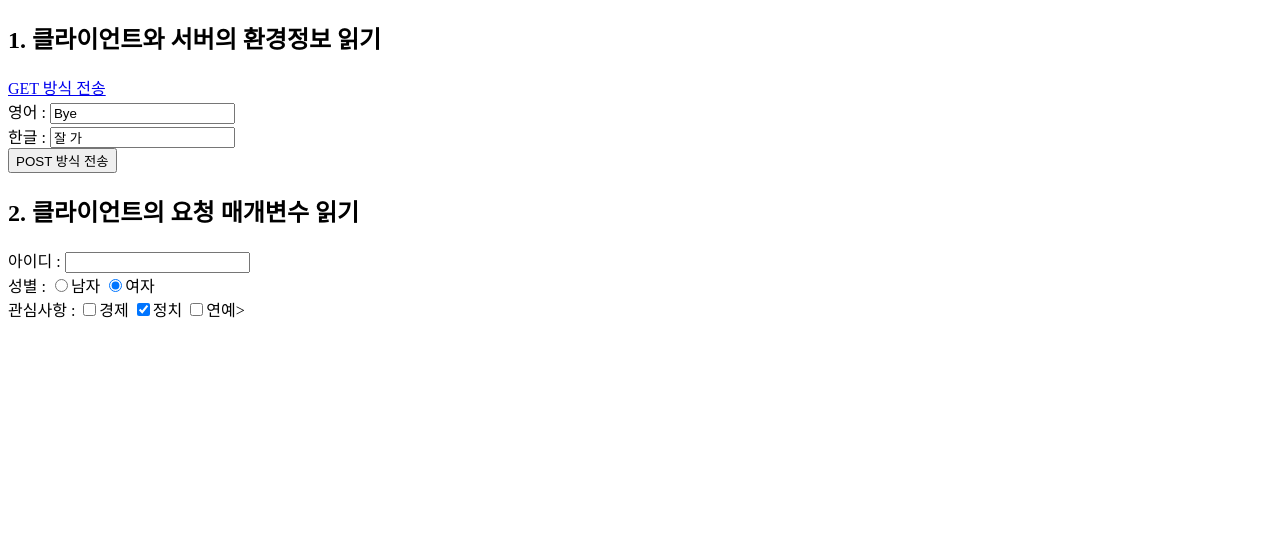
Repository: zodib0123/kdt_jsp
Page: http://localhost/MustHaveJSP/02ImplicitObject/RequestMain.jsp
An editor plug-in stored every save of this project. The page is shown before and after the next save, followed by the edit.
The browser window is 1280 px wide. The pictures show the whole page.
The page is served by Tomcat 10.

Above is the page before, as saved 2025-09-24 00:46:22.

After the next save:
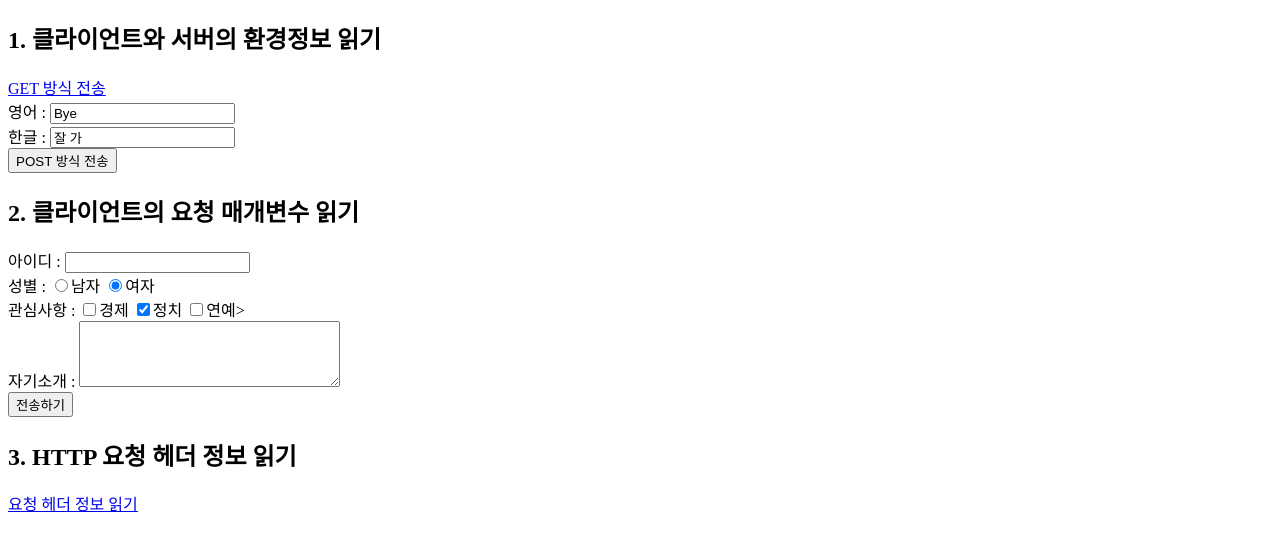
Saved 81 s later.
--- a/MustHaveJSP/src/main/webapp/02ImplicitObject/RequestMain.jsp
+++ b/MustHaveJSP/src/main/webapp/02ImplicitObject/RequestMain.jsp
@@ -29,6 +29,14 @@
 		<input type="checkbox" name="favo" value="eco" />경제
 		<input type="checkbox" name="favo" value="pol" checked="checked" />정치
 		<input type="checkbox" name="favo" value="ent" />연예><br />
+		자기소개 :
+		<textarea name="intro" cols="30" rows="4"></textarea><br />
+		<input type="submit" value="전송하기"/>
 	</form>
+
+	<h2>3. HTTP 요청 헤더 정보 읽기</h2>
+	<a href="RequestHeader.jsp">
+		요청 헤더 정보 읽기
+	</a>
 </body>
 </html>
